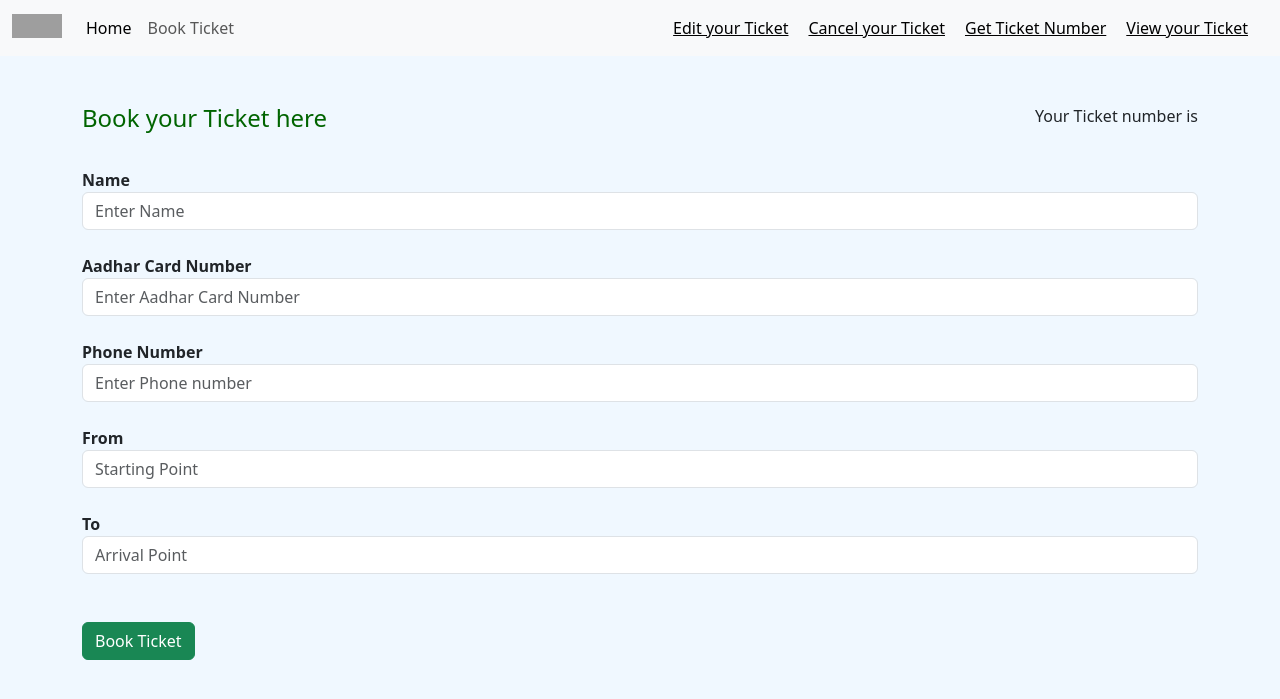
Repository: MayankSardana/Book-My-Ticket
Page: http://localhost/Book
These files come from the project's save history. The page is drawn as it stood at one moment and after the next save; the edit follows.
The browser window is 1280 px wide. The pictures show the whole page.
Pictures or frames that could not be fetched are drawn as grey boxes. The page is this project's Thymeleaf template; nobody is signed in. The template is opened directly, without the code that normally fills it, so the values that code supplies are empty.

Above is the page before, as saved 2024-07-02 18:13:59.

After the next save:
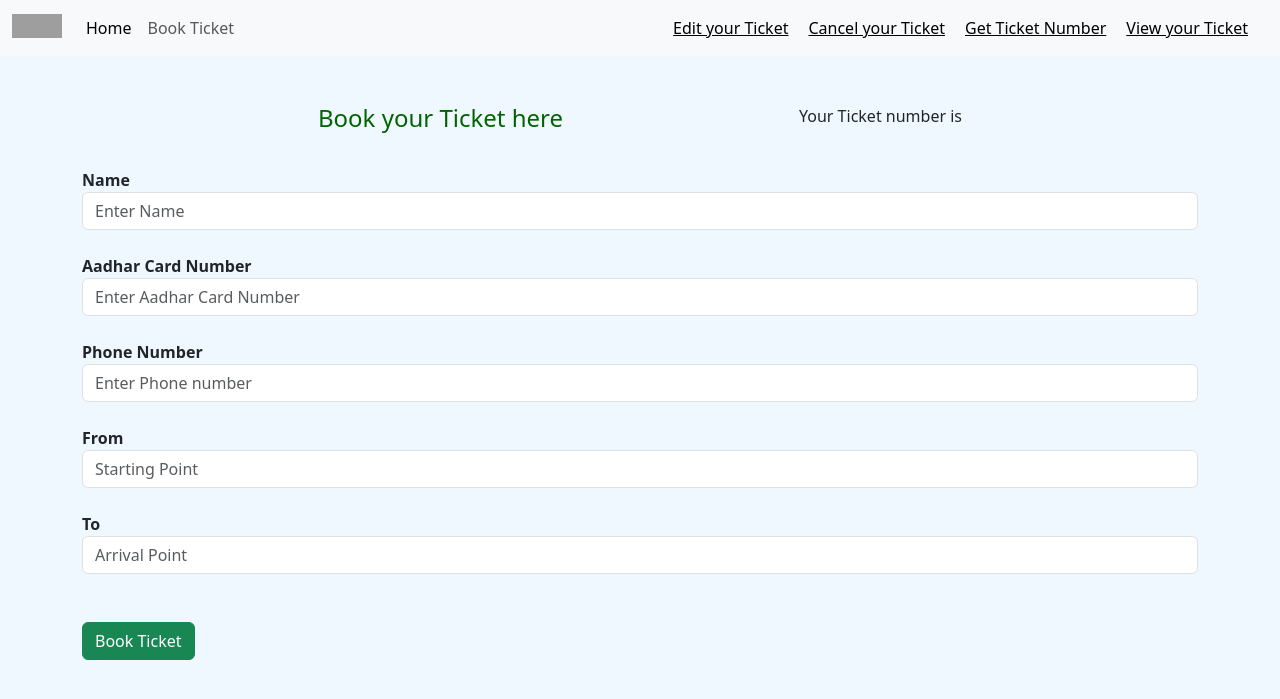
Saved 21 min 35 s later.
--- a/BookMyTicket/src/main/resources/templates/Book.html
+++ b/BookMyTicket/src/main/resources/templates/Book.html
@@ -34,7 +34,7 @@
 
 			.div{
 				display:flex;
-				justify-content: space-between;
+				justify-content:space-evenly;
 			}
 
     </style>

After the save that followed:
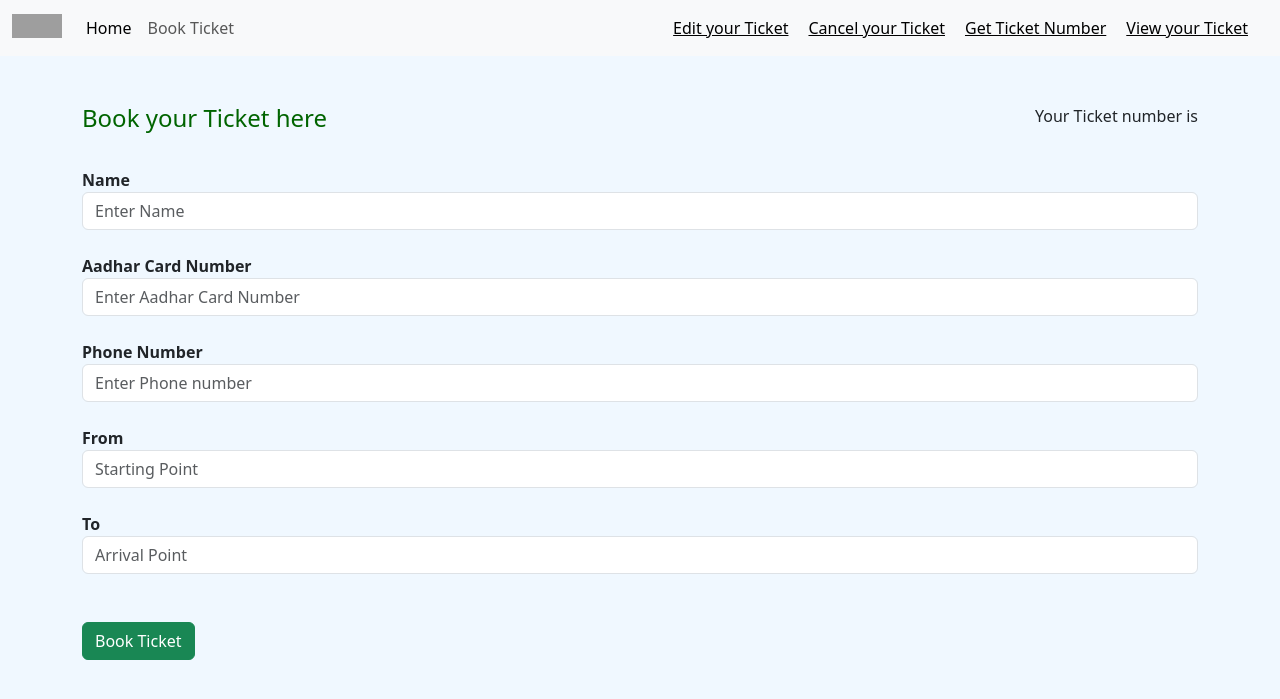
Saved 15 s later.
--- a/BookMyTicket/src/main/resources/templates/Book.html
+++ b/BookMyTicket/src/main/resources/templates/Book.html
@@ -34,7 +34,7 @@
 
 			.div{
 				display:flex;
-				justify-content:space-evenly;
+				justify-content:space-between;
 			}
 
     </style>
